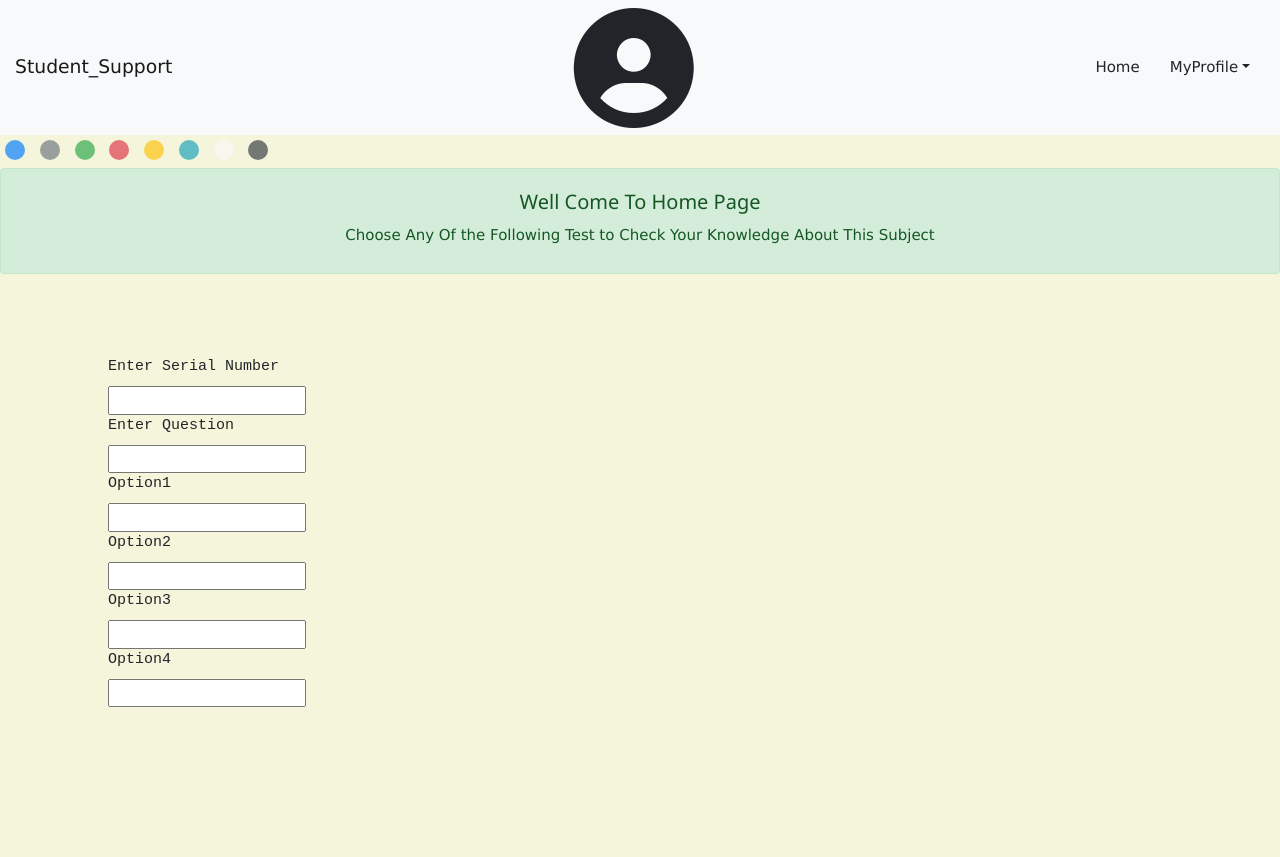
Repository: FeelHack/STUDENT-EXAMINATION-SYSTEM
Page: http://localhost/Exam_System/Admin/CreateQuestion.jsp
These files come from the project's save history. The page is drawn as it stood at one moment and after the next save; the edit follows.
The browser window is 1280 px wide. The pictures show the whole page.
Some web libraries are served in a nearby version. The page is served by Tomcat 9.

Above is the page before, as saved 2020-03-10 14:22:33.

After the next save:
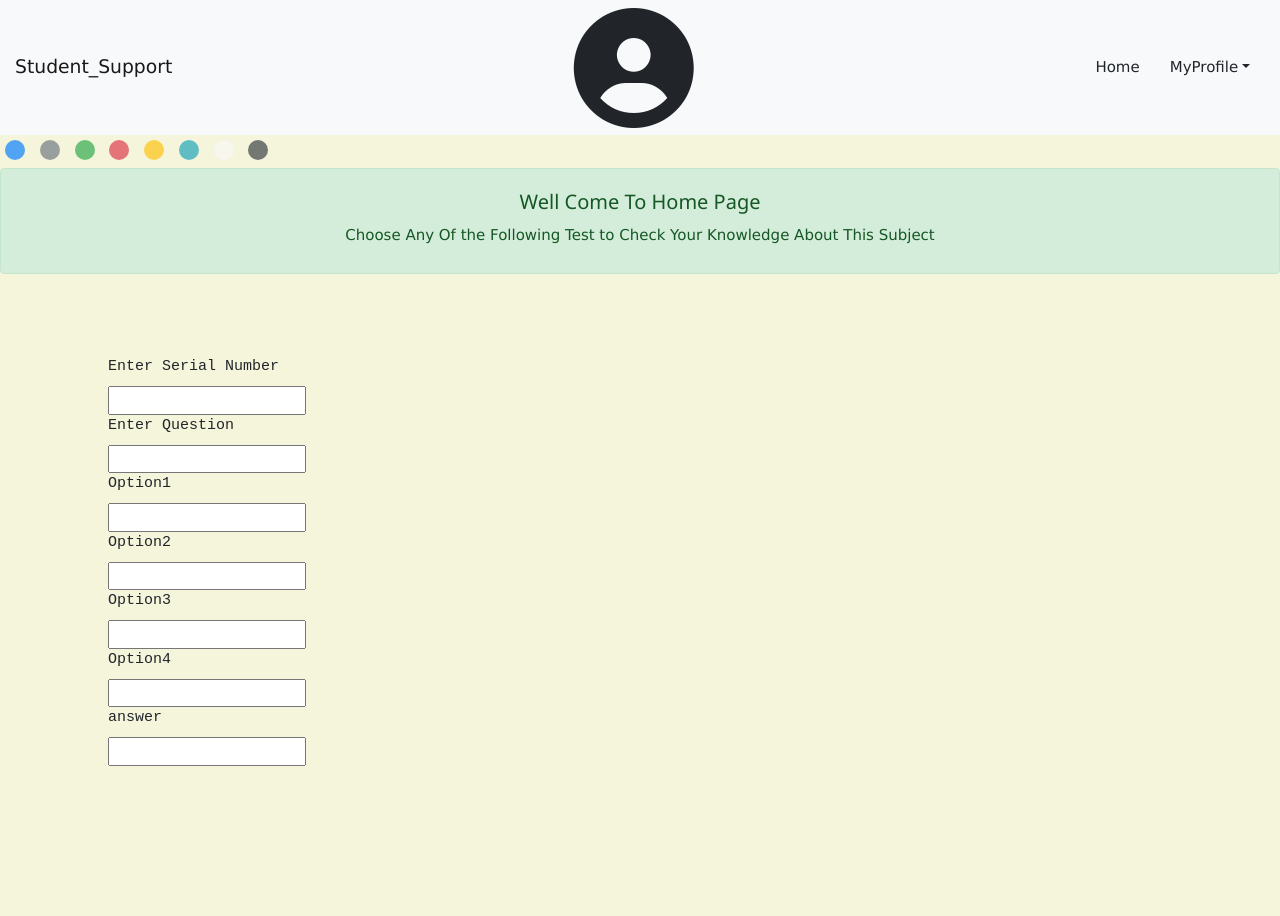
Saved 20 s later.
--- a/Exam System/WebContent/Admin/CreateQuestion.jsp
+++ b/Exam System/WebContent/Admin/CreateQuestion.jsp
@@ -28,6 +28,8 @@
             <input type="text" name="Op3">
             <label>Option4</label>
             <input type="text" name="Op4">
+            <label>answer</label>
+            <input type="text" name="Ans">
 
 
 

After the save that followed:
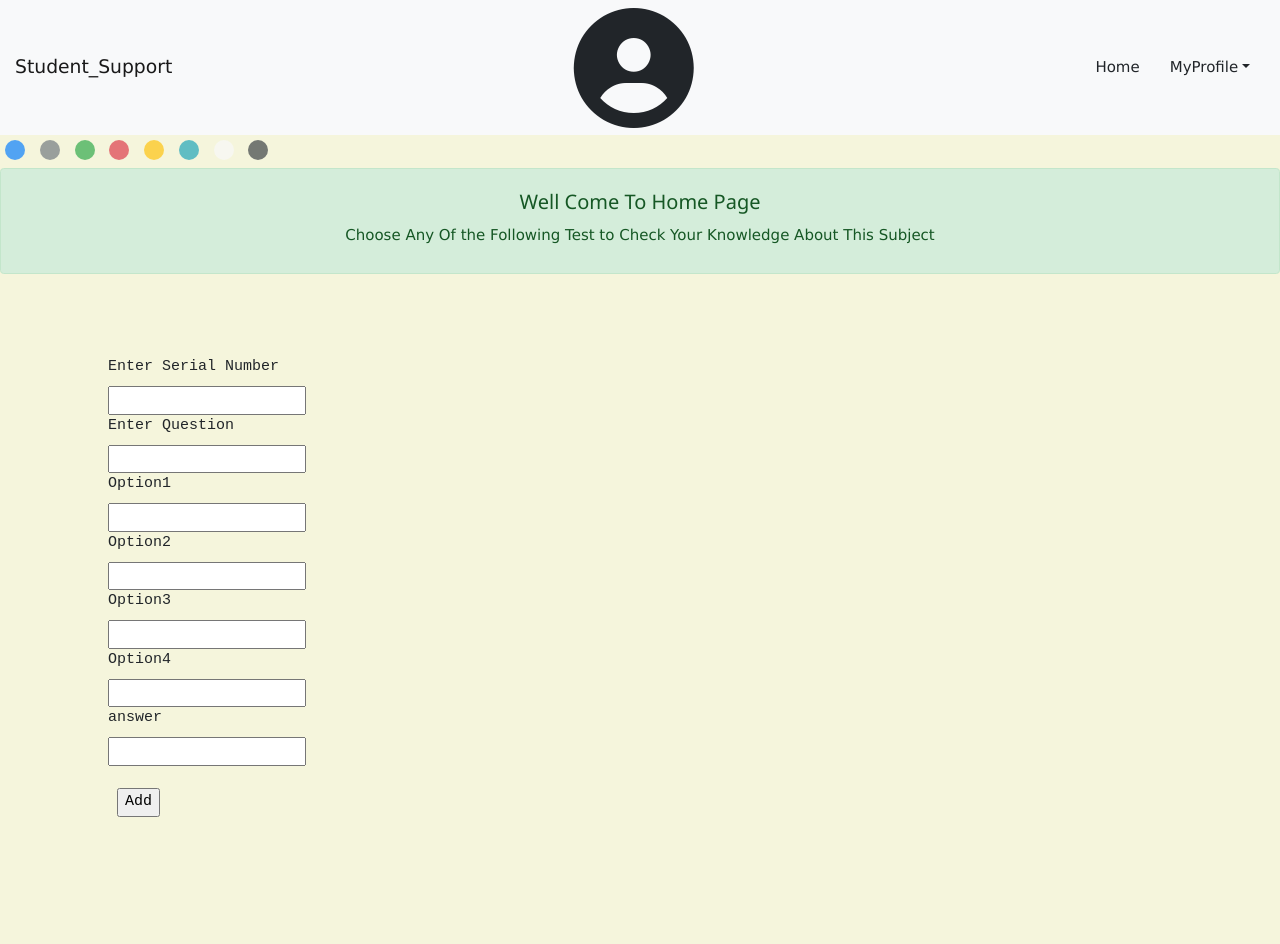
Saved 23 s later.
--- a/Exam System/WebContent/Admin/CreateQuestion.jsp
+++ b/Exam System/WebContent/Admin/CreateQuestion.jsp
@@ -31,6 +31,7 @@
             <label>answer</label>
             <input type="text" name="Ans">
 
+             <input type="submit" value="Add">
 
 
             </form>
